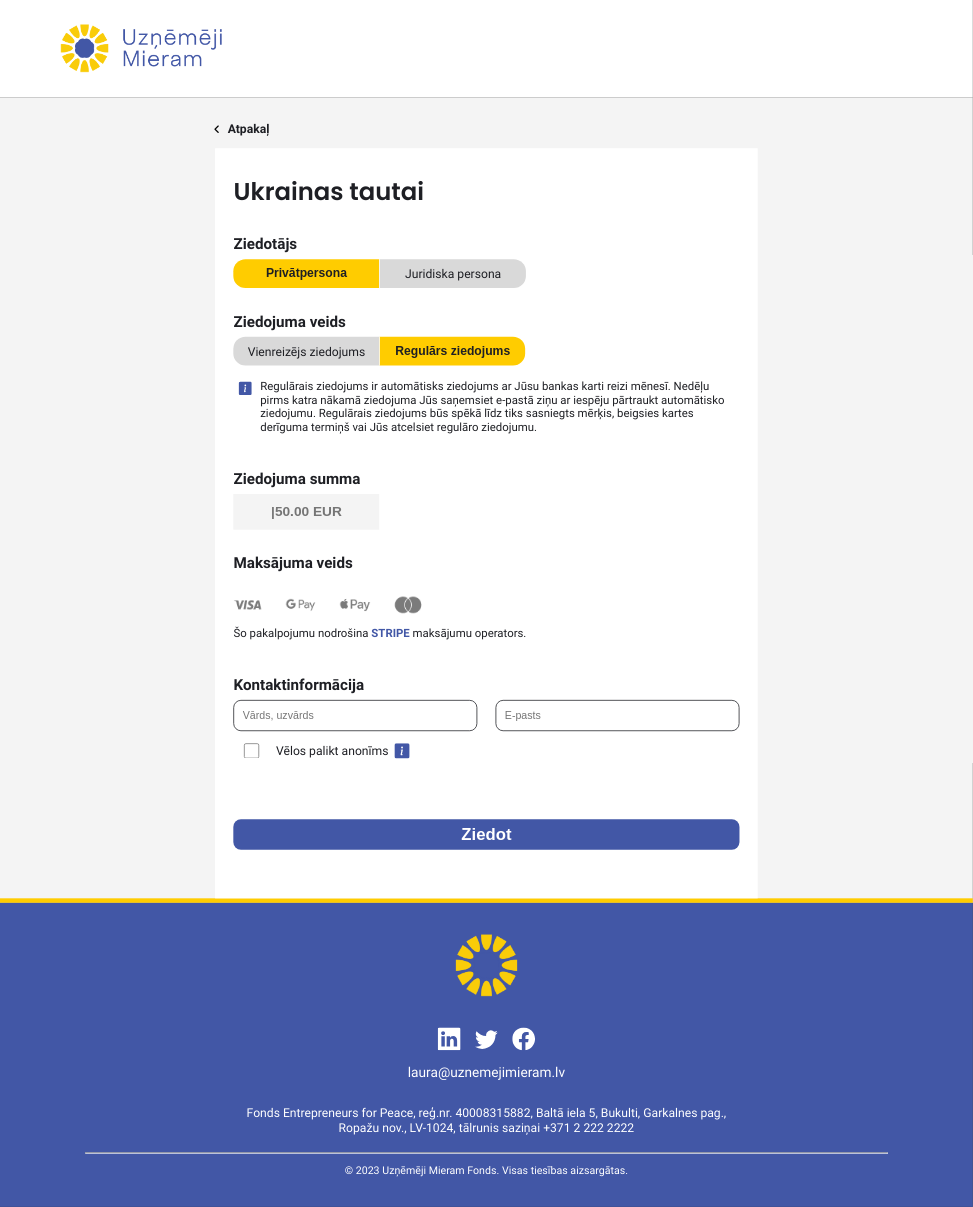
Repository: KatrinaPa/projekts11
Page: donate_Ukr-private-regular.html
An editor plug-in stored every save of this project. The page is shown before and after the next save, followed by the edit.
The browser window is 1280 px wide. The pictures show the whole page, at 76% of full size.

Above is the page before, as saved 2023-05-30 20:07:46.
Console error: TypeError: Cannot read properties of null (reading 'children')

### donate_Ukr-private-regular.html
<!DOCTYPE html>
<html lang="en">

<head>
    <meta charset="UTF-8">
    <meta http-equiv="X-UA-Compatible" content="IE=edge">
    <meta name="viewport" content="width=device-width, initial-scale=1.0">
    <title>Ukrainas tautai</title>
    <link href="https://fonts.googleapis.com/css2?family=Jost:wght@400;700&display=swap" rel="stylesheet" />
    <link rel="stylesheet" href="assets/main.css" />
    <link rel="stylesheet" href="assets/donate-page.css" />
    <link rel="stylesheet" href="assets/donate-page-private-regular.css" />
    <link rel="stylesheet" href="https://cdnjs.cloudflare.com/ajax/libs/font-awesome/6.2.0/css/all.min.css" />
    <script src="assets/main.js" defer></script>
</head>

<body>
    <div class="panel">
        <header class="header">
            <nav class="navbar">
                <img src="assets/images/UM_logo.png" alt="uznemejiMieram" id="logo">
                <div class="navigation">
                    <ul class="nav-menu">
                        <li class="nav-item"><a href="sakums.html" class="nav-link">Sākums</a></li>
                        <li class="nav-item"><a href="donate_projects.html" class="nav-link">Ziedot</a></li>
                    </ul>
                    <div class="hamburger">
                        <span class="bar"></span>
                        <span class="bar"></span>
                        <span class="bar"></span>
                    </div>
                </div>
            </nav>
        </header>
        <section id="donate_wrapper" class="donate_section">
            <div class="donate-centred">
                <div class="back-toProject">
                    <button class="back-btn">
                        <i id="left" class="fa-solid fa-angle-left"></i>
                    </button>
                    <a href="projekts-donateUkr.html" id="">Atpakaļ</a>
                </div>
                <div class="donate_page">
                    <h1>Ukrainas tautai</h1>
                    <div class="donation_type">
                        <h4>Ziedotājs</h4>
                        <div>
                            <button class="individual" id="individual-donate">Privātpersona</button>
                            <a href="donate_Ukr-legal-onetime.html" class="legal" id="legal-donate">Juridiska
                                persona</a>
                        </div>
                        <h4>Ziedojuma veids</h4>
                        <div>
                            <a href="donate_Ukr-private-onetime.html" class="one-time" id="one-time-donate">Vienreizējs
                                ziedojums</a>
                            <button class="regular" id="regular-donate">Regulārs ziedojums</button>
                        </div>
                        <div>
                            <svg xmlns="http://www.w3.org/2000/svg" width="60" height="60" fill="#4257A6"
                                class="bi bi-info-square-fill" viewBox="0 0 16 16">
                                <path
                                    d="M0 2a2 2 0 0 1 2-2h12a2 2 0 0 1 2 2v12a2 2 0 0 1-2 2H2a2 2 0 0 1-2-2V2zm8.93 4.588-2.29.287-.082.38.45.083c.294.07.352.176.288.469l-.738 3.468c-.194.897.105 1.319.808 1.319.545 0 1.178-.252 1.465-.598l.088-.416c-.2.176-.492.246-.686.246-.275 0-.375-.193-.304-.533L8.93 6.588zM8 5.5a1 1 0 1 0 0-2 1 1 0 0 0 0 2z" />
                            </svg>
                            <p>Regulārais ziedojums ir automātisks ziedojums ar Jūsu bankas karti reizi mēnesī. Nedēļu
                                pirms
                                katra nākamā ziedojuma Jūs saņemsiet e-pastā ziņu ar iespēju pārtraukt automātisko
                                ziedojumu. Regulārais ziedojums būs spēkā līdz tiks sasniegts mērķis, beigsies kartes
                                derīguma termiņš vai Jūs atcelsiet regulāro ziedojumu.
                            </p>
                        </div>
                        <h4>Ziedojuma summa</h4>
                        <div>
                            <input class="enter-donation" type="text" placeholder="|50.00 EUR" />
                        </div>
                        <h4>Maksājuma veids</h4>
                        <div class="payment_logo">
                            <img src="assets/images/Visa_logo.png" alt="Visa" id="visa_logo">
                            <img src="assets/images/googlepay_logo.png" alt="Google Pay" id="google-pay_logo">
                            <img src="assets/images/applepay_logo.png" alt="Apple Pay" id="apple-pay_logo">
                            <img src="assets/images/MasterCard_logo.png" alt="MasterCard" id="master-card_logo">
                        </div>
                        <p>Šo pakalpojumu nodrošina <span>STRIPE</span> maksājumu operators.</p>
                    </div>
                    <div class="contact-details">
                        <h4>Kontaktinformācija</h4>
                        <form action="#" class="placehold_button">
                            <div class="inputs-details">
                                <input type="text" placeholder="Vārds, uzvārds" />
                                <input type="email" placeholder="E-pasts" />
                            </div>
                            <div class="checkbox_display">
                                <input type="checkbox" name="no-display" id="display-no" />
                                <label for="display-no">Vēlos palikt anonīms</label>
                                <svg xmlns="http://www.w3.org/2000/svg" width="20" height="20" fill="#4257A6"
                                    class="bi bi-info-square-fill" viewBox="0 0 16 16">
                                    <path
                                        d="M0 2a2 2 0 0 1 2-2h12a2 2 0 0 1 2 2v12a2 2 0 0 1-2 2H2a2 2 0 0 1-2-2V2zm8.93 4.588-2.29.287-.082.38.45.083c.294.07.352.176.288.469l-.738 3.468c-.194.897.105 1.319.808 1.319.545 0 1.178-.252 1.465-.598l.088-.416c-.2.176-.492.246-.686.246-.275 0-.375-.193-.304-.533L8.93 6.588zM8 5.5a1 1 0 1 0 0-2 1 1 0 0 0 0 2z" />
                                </svg>
                            </div>
                            <button type="submit" class="buttonContinue">Ziedot</button>
                        </form>
                    </div>
                </div>
            </div>
            <div class="yellow-bottom"></div>
        </section>
        </main>
        <footer>
            <div class="about">
                <img src="assets/images/UM_simbols.png" alt="uznemejiMieram">
                <div class="social">
                    <svg xmlns="http://www.w3.org/2000/svg" width="30" height="30" fill="#ffffff" class="bi bi-linkedin"
                        viewBox="0 0 16 16">
                        <path
                            d="M0 1.146C0 .513.526 0 1.175 0h13.65C15.474 0 16 .513 16 1.146v13.708c0 .633-.526 1.146-1.175 1.146H1.175C.526 16 0 15.487 0 14.854V1.146zm4.943 12.248V6.169H2.542v7.225h2.401zm-1.2-8.212c.837 0 1.358-.554 1.358-1.248-.015-.709-.52-1.248-1.342-1.248-.822 0-1.359.54-1.359 1.248 0 .694.521 1.248 1.327 1.248h.016zm4.908 8.212V9.359c0-.216.016-.432.08-.586.173-.431.568-.878 1.232-.878.869 0 1.216.662 1.216 1.634v3.865h2.401V9.25c0-2.22-1.184-3.252-2.764-3.252-1.274 0-1.845.7-2.165 1.193v.025h-.016a5.54 5.54 0 0 1 .016-.025V6.169h-2.4c.03.678 0 7.225 0 7.225h2.4z" />
                    </svg>
                    <svg xmlns="http://www.w3.org/2000/svg" width="30" height="30" fill="#ffffff" class="bi bi-twitter"
                        viewBox="0 0 16 16">
                        <path
                            d="M5.026 15c6.038 0 9.341-5.003 9.341-9.334 0-.14 0-.282-.006-.422A6.685 6.685 0 0 0 16 3.542a6.658 6.658 0 0 1-1.889.518 3.301 3.301 0 0 0 1.447-1.817 6.533 6.533 0 0 1-2.087.793A3.286 3.286 0 0 0 7.875 6.03a9.325 9.325 0 0 1-6.767-3.429 3.289 3.289 0 0 0 1.018 4.382A3.323 3.323 0 0 1 .64 6.575v.045a3.288 3.288 0 0 0 2.632 3.218 3.203 3.203 0 0 1-.865.115 3.23 3.23 0 0 1-.614-.057 3.283 3.283 0 0 0 3.067 2.277A6.588 6.588 0 0 1 .78 13.58a6.32 6.32 0 0 1-.78-.045A9.344 9.344 0 0 0 5.026 15z" />
                    </svg>
                    <svg xmlns="http://www.w3.org/2000/svg" width="30" height="30" fill="#ffffff" class="bi bi-facebook"
                        viewBox="0 0 16 16">
                        <path
                            d="M16 8.049c0-4.446-3.582-8.05-8-8.05C3.58 0-.002 3.603-.002 8.05c0 4.017 2.926 7.347 6.75 7.951v-5.625h-2.03V8.05H6.75V6.275c0-2.017 1.195-3.131 3.022-3.131.876 0 1.791.157 1.791.157v1.98h-1.009c-.993 0-1.303.621-1.303 1.258v1.51h2.218l-.354 2.326H9.25V16c3.824-.604 6.75-3.934 6.75-7.951z" />
                    </svg>
                </div>
                <div class="contacts">
                    <p>laura@uznemejimieram.lv</p>
                    <p>Fonds Entrepreneurs for Peace, reģ.nr. 40008315882, Baltā iela 5, Bukulti, Garkalnes pag., Ropažu
                        nov., LV-1024, tālrunis saziņai +371 2 222 2222</p>
                </div>
            </div>
            <div class="copy">
                <hr>
                <p>© 2023 Uzņēmēji Mieram Fonds. Visas tiesības aizsargātas.</p>
            </div>
        </footer>
    </div>

</body>

</html>

### assets/donate-page.css
#donate_wrapper {
    background-color: #f4f4f4;
}

.donate_section {
    font-family: 'Roboto';
}

.donate-centred {
    display: flex;
    align-items: center;
    flex-direction: column;
}

.back-toProject {
    width: 57%;
    padding: 2rem 0 1rem 0;
}

.back-toProject a {
    text-decoration: none;
    color: #1E1F24;
    font-size: 16px;
    font-weight: 600;
    margin-block-start: 0;
}

.back-btn {
    margin-top: -15px;
    border: 0;
    background: transparent;
    cursor: pointer;
}

.donate_page {
    width: 52%;
    background-color: #ffffff;
    padding: 2rem 1.5rem 4rem 1.5rem;
    display: flex;
    flex-direction: column;
    align-items: flex-start;
    color: #1E1F24;
}

h1 {
    color: #1E1F24;
    font-weight: 600;
    font-size: 32px;
    line-height: 50px;
}

h4 {
    font-size: 20px;
    margin: 2rem 0 0.5rem 0;
}

.donation_type div {
    display: flex;
    flex-direction: row;
    justify-content: flex-start;
}

.donation_type svg {
    margin: 1rem 0.7rem 0 0.4rem;
    margin-block-start: 0;
}

.donation_type p {
    font-size: 15px;
    margin-block-start: 1.1rem;
}

.donation_type span {
    color: #4257A6;
    font-weight: 600;
}

.one-time,
.individual {
    color: #1E1F24;
    font-size: 16px;
    padding: 0.6rem 0;
    width: 12rem;
    text-align: center;
    text-decoration: none;
    border: none;
    border-radius: 16px 0 0 16px;
    font-weight: 400;
    margin-block-end: 0;
    cursor: pointer;
}

.legal,
.regular {
    color: #1E1F24;
    font-size: 16px;
    padding: 0.6rem 0;
    width: 12rem;
    text-align: center;
    text-decoration: none;
    border: 1px solid #ffffff;
    border-width: 0 0 0 1px;
    border-radius: 0 16px 16px 0;
    font-weight: 400;
    margin-block-end: 0;
    cursor: pointer;
}

.legal:hover,
.regular:hover,
.one-time:hover,
.individual:hover {
    background-color: #ffcc00;
    font-weight: 600;
}

.enter-donation {
    background-color: #f4f4f4;
    color: #615c5c;
    font-size: 18px;
    padding: 0.8rem 0;
    width: 12rem;
    text-align: center;
    border: none;
    font-weight: 600;
    margin-block-start: 0;
}

.payment_logo {
    align-items: center;
    gap: 2rem;
    margin-top: 2rem;
}

#visa_logo,
#google-pay_logo,
#apple-pay_logo,
#master-card_logo {
    cursor: pointer;
}

.contact-details {
    display: flex;
    flex-direction: column;
    justify-content: space-between;
    width: 100%;
}

.inputs-details {
    display: flex;
    gap: 1.5rem;
    margin-bottom: 1rem;
}

.contact-details input {
    border-radius: 10px;
    padding: 0.7rem 0.7rem;
    width: 100%;
    border: solid 1px #1E1F24;
    font-size: 14px;
}

.buttonContinue {
    margin-top: 2.5rem;
    width: 100%;
    background-color: #4257A6;
    color: #ffffff;
    font-size: 22px;
    font-weight: 600;
    height: 2.5rem;
    text-decoration: none;
    border-radius: 10px;
    border: none;
    align-items: center;
    justify-content: center;
    cursor: pointer;
}

.checkbox_display {
    display: flex;
    margin-bottom: 2.5rem;
    gap: 0.5rem;
}

#display-no {
    width: 3rem;
    margin: 0;
}

.yellow-bottom {
    height: 0.4rem;
    background-color: #ffcc00;
}

@media (min-width: 1280px) {}

@media screen and (max-width: 1279px) {

    .back-toProject {
        width: 84%;
    }

    .donate_page {
        width: 75%;
    }

    .inputs-details {
        gap: 0.5rem;
    }
}

@media screen and (max-width: 700px) {

    .back-toProject {
        width: 87%;
    }

    .inputs-details {
        margin-bottom: 2rem;
        flex-direction: column;
    }

    .placehold_button {
        padding-right: 2rem;
    }

    .one-time,
    .regular,
    .individual,
    .legal {
        width: 11rem;
    }
}

### assets/donate-page-private-regular.css
#one-time-donate {
    background-color: #d9d9d9;

}

#regular-donate {
    background-color: #ffcc00;
    font-weight: 600;
    cursor: auto;
}

#individual-donate {
    background-color: #ffcc00;
    font-weight: 600;
    cursor: auto;
}

#legal-donate {
    background-color: #d9d9d9;
}

Loaded but not shown: assets/main.js (97 lines, source omitted); assets/main.css (1929 lines, source omitted)

After the next save:
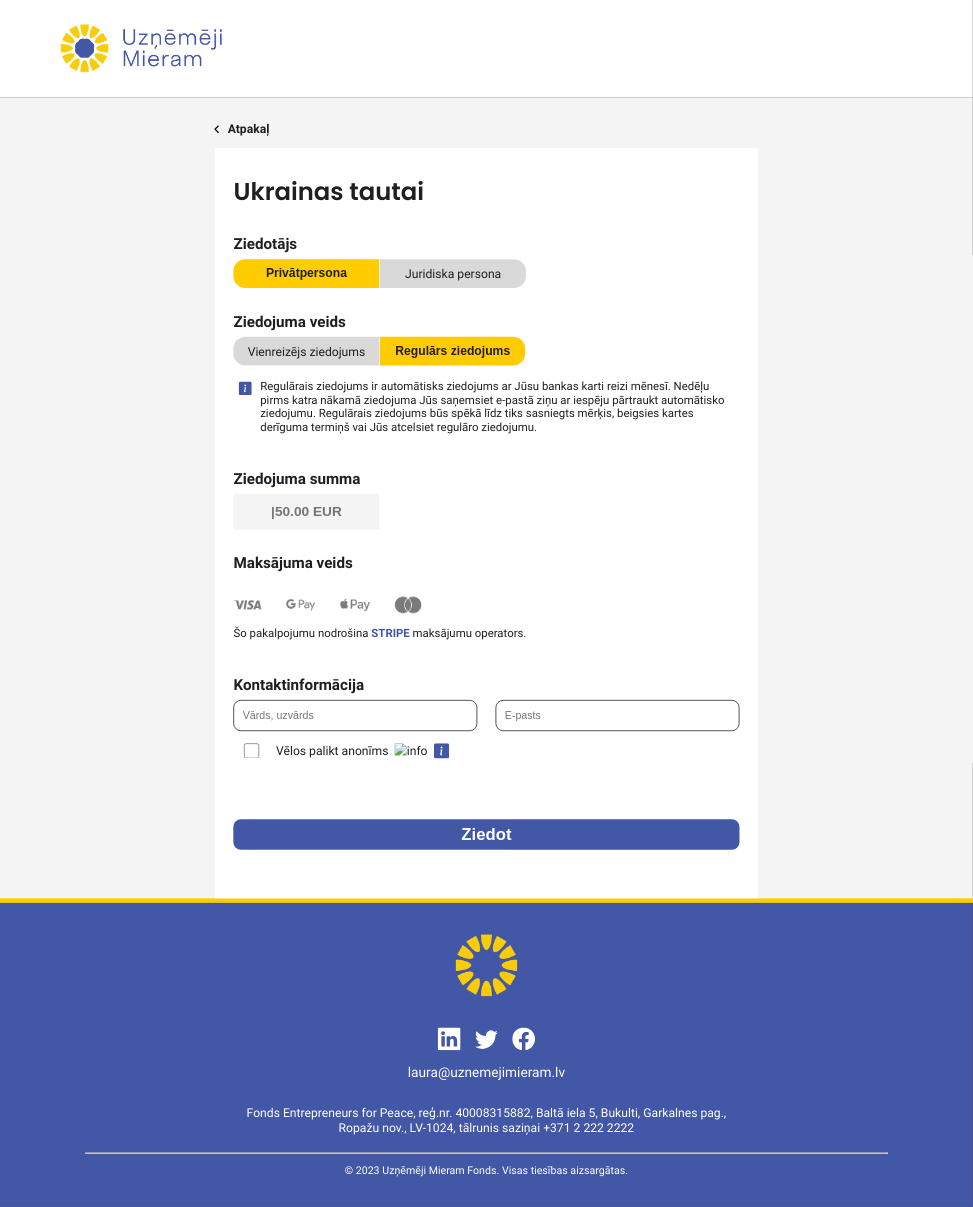
Not found: assets/images/Type=Info, State=Default, Size=L.png
Saved 5 min 15 s later.
--- a/donate_Ukr-private-regular.html
+++ b/donate_Ukr-private-regular.html
@@ -91,6 +91,7 @@
                             <div class="checkbox_display">
                                 <input type="checkbox" name="no-display" id="display-no" />
                                 <label for="display-no">Vēlos palikt anonīms</label>
+                                <img src="assets/images/Type=Info, State=Default, Size=L.png" alt="info" id="info-icon">
                                 <svg xmlns="http://www.w3.org/2000/svg" width="20" height="20" fill="#4257A6"
                                     class="bi bi-info-square-fill" viewBox="0 0 16 16">
                                     <path

After the 2 saves that followed:
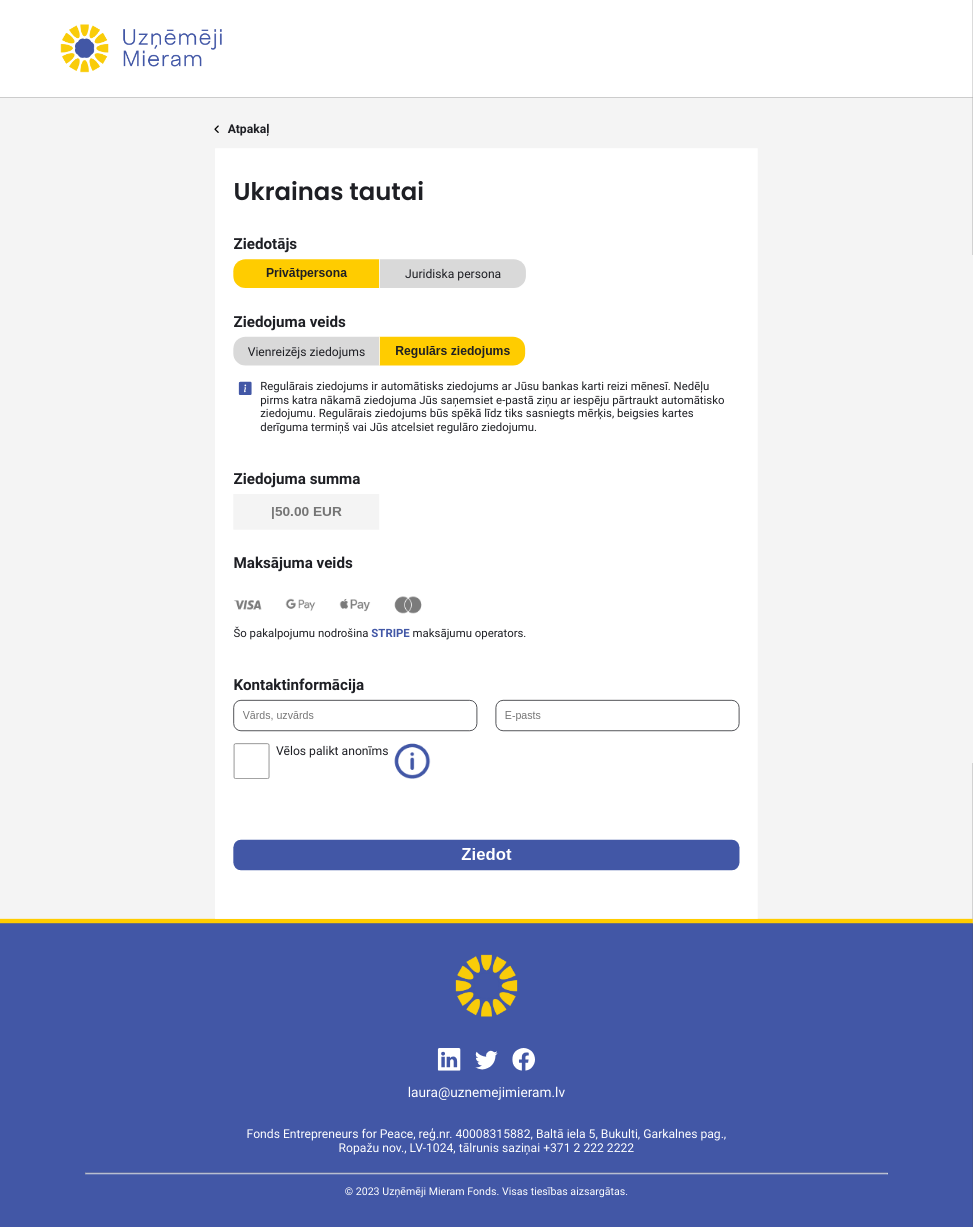
The 2 saves are shown as one change because 1 left the picture as it was.
The last was saved 3 min 29 s later.
--- a/donate_Ukr-private-regular.html
+++ b/donate_Ukr-private-regular.html
@@ -91,12 +91,7 @@
                             <div class="checkbox_display">
                                 <input type="checkbox" name="no-display" id="display-no" />
                                 <label for="display-no">Vēlos palikt anonīms</label>
-                                <img src="assets/images/Type=Info, State=Default, Size=L.png" alt="info" id="info-icon">
-                                <svg xmlns="http://www.w3.org/2000/svg" width="20" height="20" fill="#4257A6"
-                                    class="bi bi-info-square-fill" viewBox="0 0 16 16">
-                                    <path
-                                        d="M0 2a2 2 0 0 1 2-2h12a2 2 0 0 1 2 2v12a2 2 0 0 1-2 2H2a2 2 0 0 1-2-2V2zm8.93 4.588-2.29.287-.082.38.45.083c.294.07.352.176.288.469l-.738 3.468c-.194.897.105 1.319.808 1.319.545 0 1.178-.252 1.465-.598l.088-.416c-.2.176-.492.246-.686.246-.275 0-.375-.193-.304-.533L8.93 6.588zM8 5.5a1 1 0 1 0 0-2 1 1 0 0 0 0 2z" />
-                                </svg>
+                                <img src="assets/images/info.png" alt="info" id="info-icon">
                             </div>
                             <button type="submit" class="buttonContinue">Ziedot</button>
                         </form>
--- a/assets/donate-page.css
+++ b/assets/donate-page.css
@@ -182,6 +182,10 @@
     gap: 0.5rem;
 }
 
+.info-icon {
+    background-color: #4257A6;
+}
+
 #display-no {
     width: 3rem;
     margin: 0;
